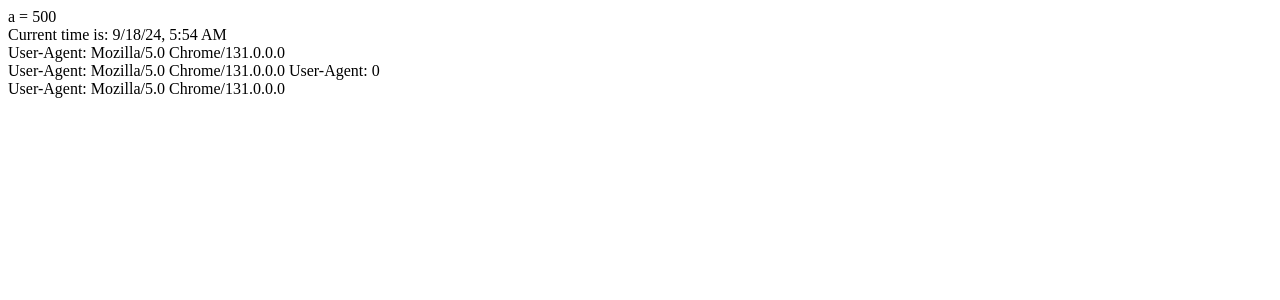
Repository: stanleydk4/JAVA_EE
Page: http://localhost/myWeb/hello.jsp
These files come from the project's save history. The page is drawn as it stood at one moment and after the next save; the edit follows.
The browser window is 1280 px wide. The pictures show the whole page.
The page is served by Tomcat 10.

Above is the page before, as saved 2024-09-19 06:39:57.

After the next save:
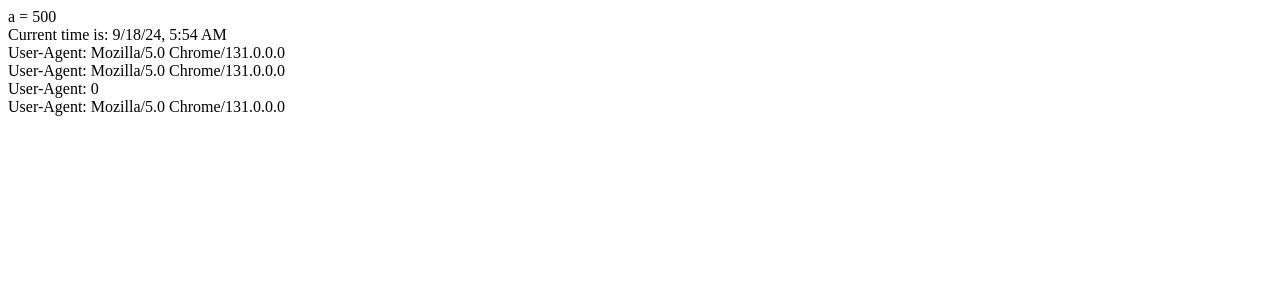
Saved 106 s later.
--- a/myWeb/src/main/webapp/hello.jsp
+++ b/myWeb/src/main/webapp/hello.jsp
@@ -17,7 +17,7 @@
 	<%// java commit %>
 	<%--JSP Comment --%><br/>
 	User-Agent: <%= request.getHeader("User-Agent") %><br/>
-	User-Agent: <% out.println(request.getHeader("User-Agent")); %>
+	User-Agent: <% out.println(request.getHeader("User-Agent")); %><br/>
 	User-Agent: ${header.User-Agent}<br/>
 	User-Agent: ${ header["User-Agent"]}<br/>
 </body>
